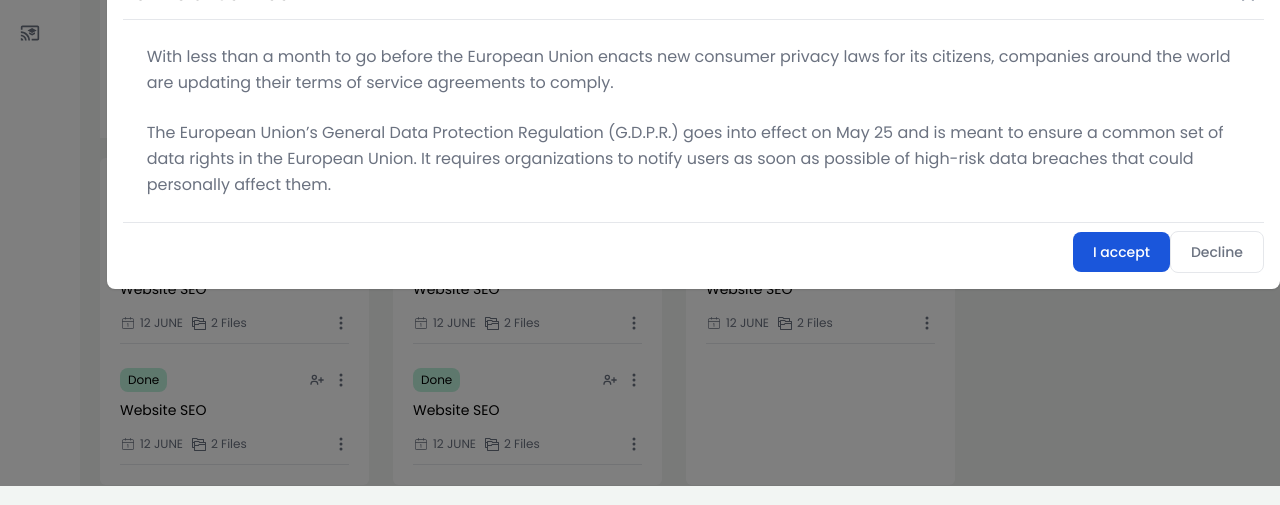
Repository: Shamraiz761/Frontend-Assessment
Page: /, after clicking the first element matching `button.bg-white`
An editor plug-in stored every save of this project. The page is shown before and after the next save, followed by the edit.
The browser window is 1280 px wide. The pictures show the part of the page from y = 234 to 739 px (the page is 739 px tall).
Pictures or frames that could not be fetched are drawn as grey boxes. The project was rebuilt for these pictures with package versions that can differ from the ones it lists, and the page was loaded fresh each time. Also part of the build but not shown: vite.config.js. Imported but missing from the stored project, and not drawn on this page: src/pages/auth/login.

Above is the page before, as saved 2023-06-09 12:53:34.

### src/main.jsx
import ReactDOM from 'react-dom/client'

import React from 'react'

import App from './App.jsx'
import './index.css'

ReactDOM.createRoot(document.getElementById('root')).render(
  <React.StrictMode>
    <App />
  </React.StrictMode>,
)

### src/App.jsx
import React from 'react'
import { DndProvider } from 'react-dnd'
import { HTML5Backend } from 'react-dnd-html5-backend'
import 'flowbite'

import AppRoutes from './routes'

export default function App() {
  return (
    <DndProvider backend={HTML5Backend}>
      <AppRoutes />
    </DndProvider>
  )
}

### src/index.css
@import url("https://fonts.googleapis.com/css2?family=Poppins:wght@400;500;600;700;800;900&display=swap");

@tailwind base;
@tailwind components;
@tailwind utilities;

* {
  margin: 0;
  padding: 0;
}

body {
  margin: 0;
  font-family: "Poppins", -apple-system, BlinkMacSystemFont, "Segoe UI",
    "Roboto", "Oxygen", "Ubuntu", "Cantarell", "Fira Sans", "Droid Sans",
    "Helvetica Neue", sans-serif;
  -webkit-font-smoothing: antialiased;
  -moz-osx-font-smoothing: grayscale;
  width: 100vw;
  overflow-x: hidden;
  background-color: #f2f5f3;
  /* background: linear-gradient(180deg, #faefe8 0%, #edc7ac 100%); */
}

code {
  font-family: source-code-pro, Menlo, Monaco, Consolas, "Courier New",
    monospace;
}

.pointer-cursor {
  cursor: pointer;
}

.cusBorder {
  border: 1px solid #000;
  border-radius: 5px;
}

img {
  cursor: pointer;
}
.errors {
  color: #dc3545;
  padding: 0;
  margin: 0;
  font-size: 12px;
}
.loader {
  position: fixed;
  top: 0;
  bottom: 0;
  left: 0;
  right: 0;
  background-color: rgba(47, 151, 161, 0.32);

  display: flex;
  justify-content: center;
  align-items: center;
}

.link {
  color: #000;
  cursor: pointer;
  text-decoration: none;
}
.link:hover {
  color: #000;
}

.trans-btn {
  background-color: transparent;
  border: none;
}
.profile-logout-btn {
  border: 0;
}
.profile-logout-btn:hover {
  border: 0;
}
.profile-btn {
  border-radius: 0;
  border: 0;
}
.logout-btn {
  border-radius: 0;
  border: 0;
}
.logout-btn:hover {
  background-color: rgba(220, 53, 69, 0.5);
  border: 0;
  color: #fff;
}
.breadcrumbs ul {
  list-style: none;
  display: inline-block;
}

.breadcrumbs ul li {
  display: inline;
}

.breadcrumbs ul li .bc-link {
  /* display: block; */
  width: max-content;
  background-color: #f8f9fa;
  padding: 6px 15px 6px 25px;
  text-align: center;
  position: relative;
  margin: 0 10px 0 0;
  font-size: 15px;
  text-decoration: none;
  color: #000;
}
.breadcrumbs ul li .bc-link::after {
  content: "";
  border-top: 17px solid transparent;
  border-bottom: 17px solid transparent;
  border-left: 17px solid #f8f9fa;
  position: absolute;
  top: 0;
  right: -17px;
  z-index: 1;
}
.breadcrumbs ul li .bc-link::before {
  content: "";
  border-top: 17px solid transparent;
  border-bottom: 17px solid transparent;
  border-left: 17px solid #71cdd5;
  position: absolute;
  top: 0;
  left: 0;
}
.breadcrumbs ul li:first-child .bc-link {
  border-top-left-radius: 5px;
  border-bottom-left-radius: 5px;
}
.breadcrumbs ul li:first-child .bc-link::before {
  display: none;
}

.breadcrumbs ul li:last-child .bc-link {
  padding-right: 20px;
  border-top-right-radius: 5px;
  border-bottom-right-radius: 5px;
}
.breadcrumbs ul li:last-child .bc-link::after {
  display: none;
}

@media screen and (max-width: 500px) {
  .breadcrumbs ul li .bc-link {
    /* display: block; */
    padding: 2px 2px 2px 13px;
    /* margin: 0 10px 0 0; */
    font-size: 14px;
  }

  .breadcrumbs ul li .bc-link::after {
    content: "";
    border-top: 11.6px solid transparent;
    border-bottom: 11.6px solid transparent;
    border-left: 11.6px solid #f8f9fa;
    position: absolute;
    top: 0;
    right: -11.6px;
    z-index: 1;
  }
  .breadcrumbs ul li .bc-link::before {
    content: "";
    border-top: 11.6px solid transparent;
    border-bottom: 11.6px solid transparent;
    border-left: 11.6px solid #71cdd5;
    position: absolute;
    top: 0;
    left: 0;
  }
  .breadcrumbs ul li:last-child .bc-link {
    padding-right: 5px;
  }
}

@media screen and (max-width: 350px) {
  .breadcrumbs ul li .bc-link {
    /* display: block; */
    padding: 2px 2px 2px 12px;
    /* margin: 0 10px 0 0; */
    font-size: 10px;
  }

  .breadcrumbs ul li .bc-link::after {
    content: "";
    border-top: 9px solid transparent;
    border-bottom: 9px solid transparent;
    border-left: 9px solid #f8f9fa;
    position: absolute;
    top: 0;
    right: -9px;
    z-index: 1;
  }
  .breadcrumbs ul li .bc-link::before {
    content: "";
    border-top: 9px solid transparent;
    border-bottom: 9px solid transparent;
    border-left: 9px solid #edc7ac;
    position: absolute;
    top: 0;
    left: 0;
  }
  .breadcrumbs ul li:last-child .bc-link {
    padding-right: 5px;
  }
}

/* ********************************************** */

### src/routes/index.jsx
import {
  createBrowserRouter,
  createRoutesFromElements,
  RouterProvider,
  Route,
} from "react-router-dom";

import * as React from "react";

import Layout from "./layout";
import Root from "./root";

import Home from "../pages/dashboard";
import Login from "../pages/auth/login";
import Header from "../components/header/index";

export default function AppRoutes() {
  const router = createBrowserRouter(
    createRoutesFromElements(
      <Route path="/" element={<Root />}>
        <Route path="/login" element={<Login />} />

        <Route element={<Layout />}>
          <Route path="/" element={<Home />} />
        </Route>
      </Route>
    )
  );

  return <RouterProvider router={router} />;
}

### src/routes/layout.jsx
import { Link, Outlet, useNavigate } from "react-router-dom";
import { Gi3DGlasses } from "react-icons/gi";
import { CgProfile } from "react-icons/cg";
import { BsArrowLeft, BsFillChatSquareTextFill } from "react-icons/bs";
import { MdOutlineDashboard, MdOutlineCastForEducation } from "react-icons/md";

import React, { useState } from "react";
import Header from "../components/header/index";

export default function Layout() {
  const [open, setOpen] = useState(false);
  const [type, setType] = useState(false);
  const navigate = useNavigate();
  return (
    <div>
      {/* {loading && <LoadingSpinner asOverlay />} */}
      <div
        className={` h-screen bg-white  p-3 ${
          open ? "w-56" : "w-20"
        } fixed top-0 sidebar z-50`}
      >
        {/* Logo */}

        <div className="flex flex-row justify-center">
          <svg
            width="67"
            height="67"
            viewBox="0 0 67 67"
            fill="none"
            xmlns="http://www.w3.org/2000/svg"
            className={` text-4xl block float-left cursor-pointer rounded duration-500 ${
              !open && "rotate-[360deg]"
            }`}
            onClick={() => {
              setOpen(!open);
              setType(false);
            }}
          >
            <path
              d="M22.138 15.2984L30.8759 24.0363C32.3276 25.488 34.7005 25.488 36.1522 24.0363L44.8901 15.2984C47.2351 12.9534 45.588 8.90552 42.238 8.90552H24.7622C21.4401 8.90552 19.7651 12.9534 22.138 15.2984Z"
              fill="#208FF5"
            />
            <path
              d="M22.138 51.7017L30.8759 42.9637C32.3276 41.5121 34.7005 41.5121 36.1522 42.9637L44.8901 51.7017C47.2351 54.0467 45.588 58.0946 42.238 58.0946H24.7622C21.4401 58.0946 19.7651 54.0467 22.138 51.7017Z"
              fill="#208FF5"
            />
            <path
              d="M6.03002 31.9088L12.423 21.8588C13.428 20.2676 15.6614 20.0163 17.0014 21.3563L27.0514 31.4063C28.1959 32.5509 28.1959 34.4213 27.0514 35.5659L17.0014 45.6159C15.6614 46.9559 13.456 46.7047 12.423 45.1134L6.03002 35.0634C5.44377 34.1142 5.44377 32.8859 6.03002 31.9088Z"
              fill="#208FF5"
            />
            <path
              d="M60.9701 31.9088L54.5771 21.8588C53.5721 20.2676 51.3387 20.0163 49.9987 21.3563L39.9488 31.4063C38.8042 32.5509 38.8042 34.4213 39.9488 35.5659L49.9987 45.6159C51.3387 46.9559 53.5442 46.7047 54.5771 45.1134L60.9701 35.0634C61.5563 34.1142 61.5563 32.8859 60.9701 31.9088Z"
              fill="#208FF5"
            />
          </svg>
        </div>

        {/* Search */}

        <ul className="pt-2">
          {/* Dashboard */}
          <Link
            to="/"
            className={` rounded-md text-gray-500  text-xs flex items-center gap-x-4 cursor-pointer hover:bg-gray-50 hover:text-blue-500 py-4 p-2`}
          >
            <span className="text-xl block float-left">
              <MdOutlineDashboard />
            </span>
            <span
              className={` text-sm font-md flex-1
          ${!open && "hidden"}`}
            >
              Marketplace
            </span>
          </Link>

          <Link
            className={` rounded-md text-gray-500  text-xs flex items-center gap-x-4 cursor-pointer hover:bg-gray-50 hover:text-blue-500 py-4 p-2`}
            to="/profile"
          >
            <span className="text-xl block float-left">
              <CgProfile />
            </span>
            <span
              className={` text-xs font-md flex-1
          ${!open && "hidden"}`}
            >
              Profile
            </span>
          </Link>

          {/* Lens */}
          <Link
            className={` rounded-md text-gray-500  text-xs flex items-center gap-x-4 cursor-pointer hover:bg-gray-50 hover:text-blue-500 py-4 p-2`}
            to="/chat"
          >
            <span className="text-lg block float-left">
              <BsFillChatSquareTextFill />
            </span>
            <span
              className={` text-xs font-md flex-1
          ${!open && "hidden"}`}
            >
              Chat
            </span>
          </Link>

          {/* Orders */}
          <Link
            className={` rounded-md text-gray-500  text-xs flex items-center gap-x-4 cursor-pointer hover:bg-gray-50 hover:text-blue-500 py-4 p-2`}
            to="/education"
          >
            <span className="text-xl block float-left">
              <MdOutlineCastForEducation />
            </span>
            <span
              className={` text-xs font-md flex-1
          ${!open && "hidden"}`}
            >
              Education
            </span>
          </Link>
        </ul>
      </div>
      <div className={` ${open ? "ml-56" : "ml-20"}`}>
        <Header />
        <Outlet />
      </div>
    </div>
  );
}

### src/routes/root.jsx
import { Outlet } from 'react-router-dom'

import React from 'react'

export default function Root() {
    return (
        <Outlet />
    )
}

### src/pages/Dashboard/index.jsx
import { AiOutlinePlusCircle } from "react-icons/ai";
import { BsThreeDotsVertical } from "react-icons/bs";

import React, { useState } from "react";

import "./index.css";
import Profile from "../../components/dashboard/profile";
import Card from "../../components/dashboard/card";

function Home() {
  const [isModalOpen, setIsModalOpen] = useState(false);

  const toggleModal = () => {
    setIsModalOpen(!isModalOpen);
  };

  return (
    <div className="mr-3">
      <Profile />
      <div className="m-5 grid grid-cols-1 sm:grid-cols-2 md:grid-cols-3 lg:grid-cols-4 gap-6 ">
        <div className="bg-white p-5 rounded-md">
          <div className="flex flex-row justify-between py-3 border-b">
            <div className="text-sm font-medium">Task Name</div>
            <div className="flex flex-row text-gray-500">
              <AiOutlinePlusCircle className="mr-2" />
              <BsThreeDotsVertical />
            </div>
          </div>
          <Card />
          <Card />
        </div>
        <div className="bg-white p-5 rounded-md">
          <div className="flex flex-row justify-between py-3 border-b">
            <div className="text-sm font-medium">Task Name</div>
            <div className="flex flex-row text-gray-500">
              <AiOutlinePlusCircle className="mr-2" />
              <BsThreeDotsVertical />
            </div>
          </div>
          <Card />
          <Card />
        </div>
        <div className="bg-white p-5 rounded-md">
          <div className="flex flex-row justify-between py-3 border-b">
            <div className="text-sm font-medium">Task Name</div>
            <div className="flex flex-row text-gray-500">
              <AiOutlinePlusCircle className="mr-2" />
              <BsThreeDotsVertical />
            </div>
          </div>
          <Card />
        </div>

        <div>
          <button
            onClick={toggleModal}
            className="bg-white flex flex-row justify-center text-blue-500 rounded-lg border border-dashed border-blue-500 px-2 py-2 text-sm w-full"
            type="button"
          >
            <AiOutlinePlusCircle className="mr-2 mt-1" />
            <h1>Add List</h1>
          </button>
          {isModalOpen && (
            <div className="fixed w-full top-0 left-0 right-0 bottom-0 z-50   bg-opacity-50 bg-black">
              <div className="w-10/12 flex min-h-screen  items-center justify-center ml-40">
                <div className="absolute bg-white rounded-lg shadow p-4">
                  {/* Modal header */}
                  <div className="flex items-start justify-between border-b pb-2">
                    <h3 className="text-xl font-semibold">Terms of Service</h3>
                    <button
                      onClick={toggleModal}
                      className="text-gray-400 bg-transparent hover:bg-gray-200 hover:text-gray-900 rounded-lg p-1.5 ml-auto inline-flex items-center"
                    >
                      <svg
                        aria-hidden="true"
                        className="w-5 h-5"
                        fill="currentColor"
                        viewBox="0 0 20 20"
                        xmlns="http://www.w3.org/2000/svg"
                      >
                        <path
                          fillRule="evenodd"
                          d="M4.293 4.293a1 1 0 011.414 0L10 8.586l4.293-4.293a1 1 0 111.414 1.414L11.414 10l4.293 4.293a1 1 0 01-1.414 1.414L10 11.414l-4.293 4.293a1 1 0 01-1.414-1.414L8.586 10 4.293 5.707a1 1 0 010-1.414z"
                          clipRule="evenodd"
                        />
                      </svg>
                      <span className="sr-only">Close modal</span>
                    </button>
                  </div>
                  {/* Modal body */}
                  <div className="p-6 space-y-6">
                    <p className="text-base leading-relaxed text-gray-500">
                      With less than a month to go before the European Union
                      enacts new consumer privacy laws for its citizens,
                      companies around the world are updating their terms of
                      service agreements to comply.
                    </p>
                    <p className="text-base leading-relaxed text-gray-500">
                      The European Union’s General Data Protection Regulation
                      (G.D.P.R.) goes into effect on May 25 and is meant to
                      ensure a common set of data rights in the European Union.
                      It requires organizations to notify users as soon as
                      possible of high-risk data breaches that could personally
                      affect them.
                    </p>
                  </div>
                  {/* Modal footer */}
                  <div className="flex items-center justify-end border-t pt-2">
                    <button
                      onClick={toggleModal}
                      type="button"
                      className="text-white bg-blue-700 hover:bg-blue-800 focus:ring-4 focus:outline-none focus:ring-blue-300 font-medium rounded-lg text-sm px-5 py-2.5"
                    >
                      I accept
                    </button>
                    <button
                      onClick={toggleModal}
                      type="button"
                      className="text-gray-500 bg-white hover:bg-gray-100 focus:ring-4 focus:outline-none focus:ring-blue-300 rounded-lg border border-gray-200 text-sm font-medium px-5 py-2.5 hover:text-gray-900"
                    >
                      Decline
                    </button>
                  </div>
                </div>
              </div>
            </div>
          )}
        </div>
      </div>
    </div>
  );
}
export default Home;

### src/components/header/index.jsx
import { IoIosNotifications } from "react-icons/io";

import React from "react";
import { CgProfile } from "react-icons/cg";

function Header() {
  return (
    <div>
      {/* component */}
      <nav className=" bg-white w-full flex relative justify-between items-center mx-auto px-8 py-4 h-16">
        {/* search bar */}
        <div className="hidden sm:block flex-shrink flex-grow-0 justify-start px-2">
          <div className="inline-block">
            <div className="inline-flex items-center max-w-full">
              <input
                className="flex items-center text-gray-400 bg-slate-50 justify-between  flex-grow-0  relative w-72 border rounded-lg  py-1"
                type="search"
                placeholder="Search"
              />

              <div className="flex items-center justify-center relative  h-8 w-24 rounded-full"></div>
            </div>
          </div>
        </div>

        <div className="flex-initial">
          <div className="flex justify-end items-center relative">
            <div className="block">
              <div className="inline relative sm:flex sm:flex-row sm:justify-center">
                <button
                  type="button"
                  className="inline-flex items-center relative px-2  rounded-full hover:shadow-lg"
                >
                  <IoIosNotifications className="text-gray-400 text-xl" />
                </button>
                <button
                  type="button"
                  className="inline-flex items-center relative px-2  rounded-full hover:shadow-lg"
                >
                  <CgProfile className="text-gray-400 text-xl" />
                </button>
              </div>
            </div>
          </div>
        </div>
        {/* end login */}
      </nav>
    </div>
  );
}

export default Header;

### src/pages/Dashboard/index.css
.dashboard-cover-iamge{
    background: url("../../assets/images/dashboard-back.png");
    background-position: center;
    background-repeat: no-repeat;
    background-size: cover;

}

### src/components/dashboard/profile.jsx
import profile from "../../assets/images/Ellipse 1631.png";

import React from "react";

function Profile() {
  return (
    <div className="m-5  w-[11/12] md:h-72 h-[360px]  bg-white">
      <div className="dashboard-cover-iamge h-[150px]  w-[100%]"></div>
      <div className="grid lg:grid-cols-2 grid-cols-1 md:grid-cols-2 flex-row justify-between flex-wrap">
        <div className="ml-12">
          <img src={profile} className="h-32 w-32 mt-[-65px]  " />
          <h1 className="text-blue-600 font-semibold text-sm ml-[-15px] mt-2">
            Muhammad Shamraiz
          </h1>
          <p className="text-gray-400 text-xs font-thin ml-[-15px]">
            shamirajpoot@gmail.com
          </p>
        </div>
        <div className="grid my-3 grid-cols-2 lg:grid-cols-4 md:justify-end justify-between mx-8 items-center ">
          <button className="btn border  rounded-full w-24 lg:w-28 m-1  px-4 py-2 bg-blue-600 text-sm  text-white">
            Task
          </button>
          <button className="btn border  rounded-full w-24 lg:w-28 m-1 px-4 py-2 bg-gray-300 text-sm  text-gray-800">
            Order
          </button>
          <button className="btn border  rounded-full w-24 lg:w-28  m-1 px-4 py-2 bg-gray-300 text-sm  text-gray-800">
            Submit
          </button>
          <button className="btn border  rounded-full w-24 lg:w-28 m-1 px-4 py-2 bg-gray-300 text-sm  text-gray-800">
            Payment
          </button>
        </div>
      </div>
    </div>
  );
}

export default Profile;

### src/components/dashboard/card.jsx
import { BiUserPlus } from "react-icons/bi";
import { CiCalendarDate } from "react-icons/ci";
import { VscFileSubmodule } from "react-icons/vsc";
import { BsThreeDotsVertical } from "react-icons/bs";

import React from "react";

function Card() {
  return (
    <div className="border-b py-3">
      <div className="flex flex-row justify-between mt-3 ">
        <span className="bg-green-200 px-2 py-1 rounded-lg text-xs font-thin">
          Done
        </span>
        <div className="flex flex-row text-gray-500 mt-1">
          <BiUserPlus className="mr-2 " />
          <BsThreeDotsVertical />
        </div>
      </div>
      <h1 className="text-sm my-2">Website SEO</h1>

      <div className="flex flex-row justify-between mt-3">
        <div className="flex flex-row">
          <div className="flex flex-row text-gray-500 mt-1">
            <CiCalendarDate className="mr-1" />
            <p className="text-xs font-thin text-gray-500 mr-2">12 JUNE</p>
          </div>
          <div className="flex flex-row text-gray-500 mt-1">
            <VscFileSubmodule className="mr-1" />
            <p className="text-xs font-thin text-gray-500 mr-2">2 Files</p>
          </div>
        </div>
        <div className="flex flex-row text-gray-500 mt-1">
          <BsThreeDotsVertical />
        </div>
      </div>
    </div>
  );
}

export default Card;

### tailwind.config.cjs
const colors = require('tailwindcss/colors');
const defaultTheme = require('tailwindcss/defaultTheme');

module.exports = {
  content: ['./src/**/*.{js,jsx,ts,tsx}', "node_modules/flowbite/**/*.js"],
  theme: {
    extend: {
      colors: {
        // set primary color from figma
        // primary: {
        // },
      },
      fontFamily: {
        poppins: ['Poppins', ...defaultTheme.fontFamily.sans],
      },
      fontSize: {
        xxs: '0.5rem',
      },
    },
  },
  plugins: [
    require('flowbite/plugin')
  ],

};

Loaded but not shown: index.html (common file)

After the next save:
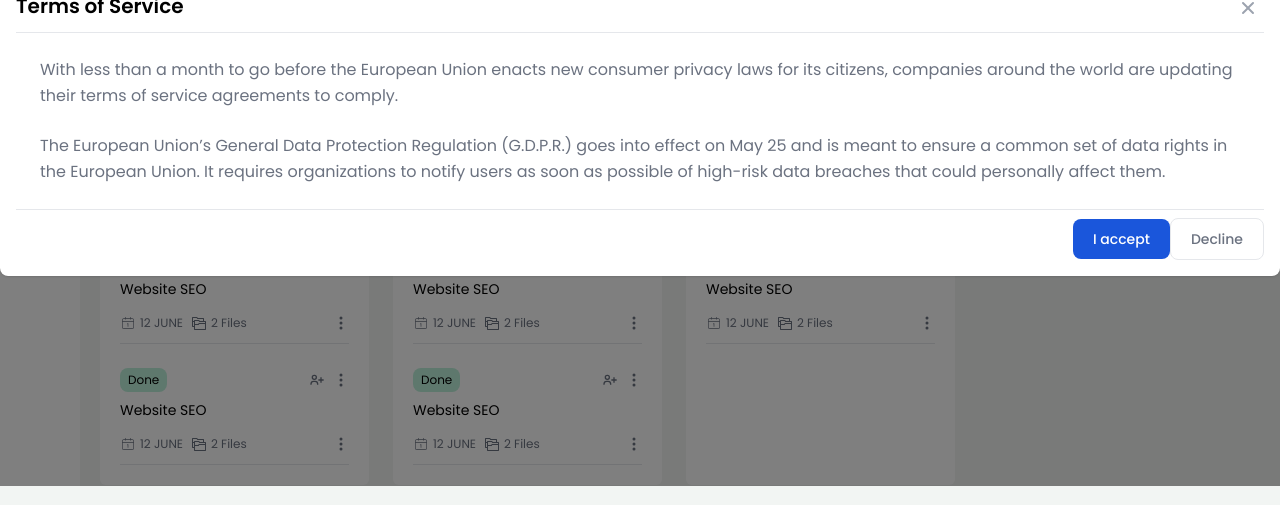
Saved 16 s later.
--- a/src/pages/Dashboard/index.jsx
+++ b/src/pages/Dashboard/index.jsx
@@ -62,7 +62,7 @@ function Home() {
           </button>
           {isModalOpen && (
             <div className="fixed w-full top-0 left-0 right-0 bottom-0 z-50   bg-opacity-50 bg-black">
-              <div className="w-10/12 flex min-h-screen  items-center justify-center ml-40">
+              <div className="w-9/12 flex min-h-screen  items-center justify-center ml-40">
                 <div className="absolute bg-white rounded-lg shadow p-4">
                   {/* Modal header */}
                   <div className="flex items-start justify-between border-b pb-2">
